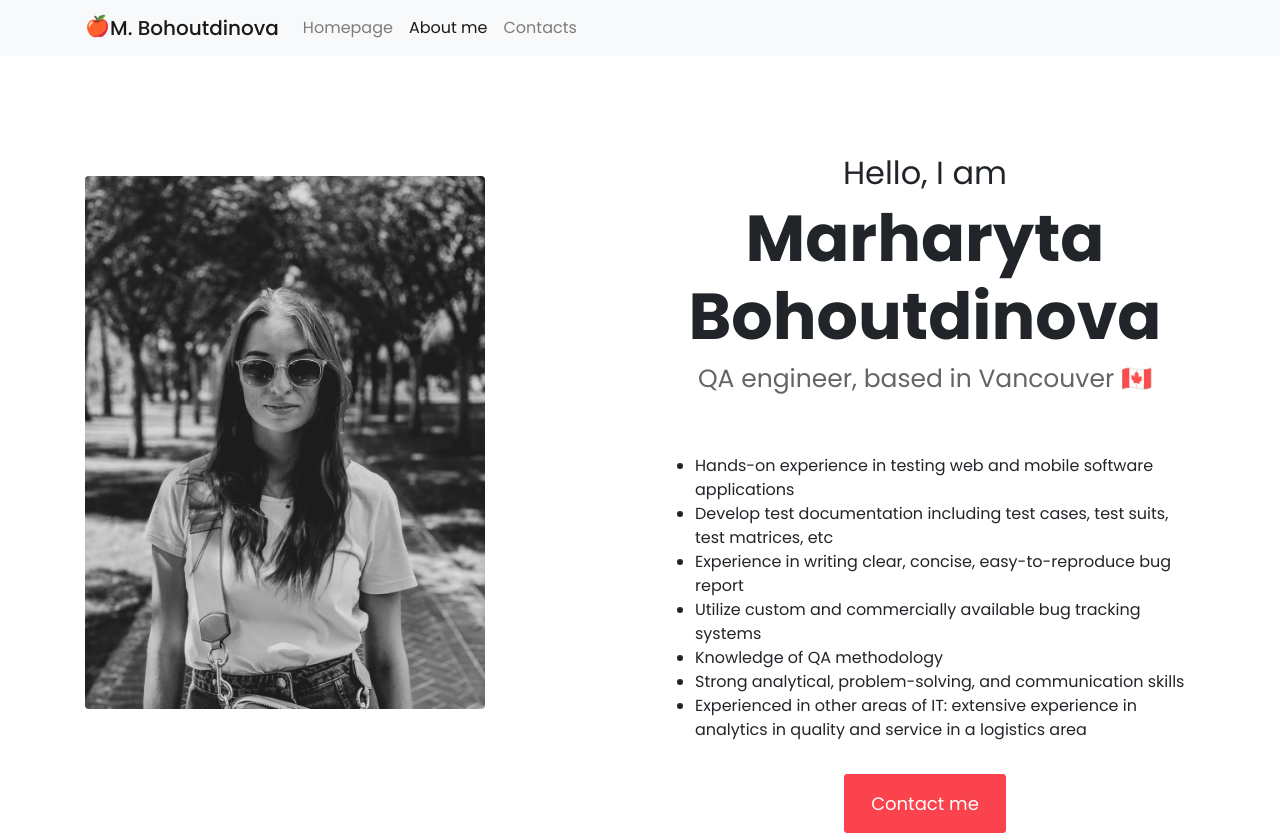
Repository: Bohoutdinova/Portfolio_week-4
Page: about.html
The author's editor kept a copy of each file at every save. The page is drawn from the files as they stood at one save, then again after the next save.
The browser window is 1280 px wide. The pictures show the whole page.

Above is the page before, as saved 2022-08-12 15:46:41.

### about.html
<!DOCTYPE html>
<html lang="en">
  <meta charset="UTF-8" />
  <meta http-equiv="X-UA-Compatible" content="IE=edge" />
  <meta name="viewport" content="width=device-width, initial-scale=1.0" />
  <title>M. Bohoutdinova - QA engineer</title>
  <meta
    name="description"
    content="About M. Bohoutdinova - QA engineer, situated in Vancouver"
  />
  <link
    rel="stylesheet"
    href="https://cdn.jsdelivr.net/npm/bootstrap@4.3.1/dist/css/bootstrap.min.css"
    integrity="sha384-ggOyR0iXCbMQv3Xipma34MD+dH/1fQ784/j6cY/iJTQUOhcWr7x9JvoRxT2MZw1T"
    crossorigin="anonymous"
  />
  <script
    src="https://code.jquery.com/jquery-3.3.1.slim.min.js"
    integrity="sha384-q8i/X+965DzO0rT7abK41JStQIAqVgRVzpbzo5smXKp4YfRvH+8abtTE1Pi6jizo"
    crossorigin="anonymous"
  ></script>
  <script
    src="https://cdn.jsdelivr.net/npm/popper.js@1.14.7/dist/umd/popper.min.js"
    integrity="sha384-UO2eT0CpHqdSJQ6hJty5KVphtPhzWj9WO1clHTMGa3JDZwrnQq4sF86dIHNDz0W1"
    crossorigin="anonymous"
  ></script>
  <script
    src="https://cdn.jsdelivr.net/npm/bootstrap@4.3.1/dist/js/bootstrap.min.js"
    integrity="sha384-JjSmVgyd0p3pXB1rRibZUAYoIIy6OrQ6VrjIEaFf/nJGzIxFDsf4x0xIM+B07jRM"
    crossorigin="anonymous"
  ></script>
  <link rel="stylesheet" href="/src/style.css" />
  <link rel="preconnect" href="https://fonts.googleapis.com" />
  <link rel="preconnect" href="https://fonts.gstatic.com" crossorigin />
  <link rel="preconnect" href="https://fonts.googleapis.com" />
  <link rel="preconnect" href="https://fonts.gstatic.com" crossorigin />
  <link
    href="https://fonts.googleapis.com/css2?family=Abril+Fatface&family=Poppins:wght@100;400;500;700&display=swap"
    rel="stylesheet"
  />
  <body>
    <nav class="navbar navbar-expand-lg navbar-light bg-light">
      <div class="container">
        <a class="navbar-brand" href="/index.html" title="Homepage"
          >M. Bohoutdinova</a
        >
        <button
          class="navbar-toggler"
          type="button"
          data-toggle="collapse"
          data-target="#navbarNav"
          aria-controls="navbarNav"
          aria-expanded="false"
          aria-label="Toggle navigation"
        >
          <span class="navbar-toggler-icon"></span>
        </button>
        <div class="collapse navbar-collapse" id="navbarNav">
          <ul class="navbar-nav">
            <li class="nav-item">
              <a class="nav-link" href="/index.html" title="Homepage"
                >Homepage <span class="sr-only">(current)</span></a
              >
            </li>
            <li class="nav-item active">
              <a
                class="nav-link"
                href="/about.html"
                title="About M. Bohoutdinova"
                >About me</a
              >
            </li>
            <li class="nav-item">
              <a class="nav-link" href="#" title="Contact with M. Bohoutdinova"
                >Contacts</a
              >
            </li>
          </ul>
        </div>
      </div>
    </nav>
    <div class="container mt-5">
      <div class="row">
        <div class="col-lg-6">
          <img
            src="/images/photo.jpg"
            alt="My photo"
            width="400"
            class="img-fluid rounded me-photo"
          />
        </div>
        <div class="col-lg-6 hero-page mt-5">
          <h2>Hello, I am</h2>
          <h1 class="name">Marharyta Bohoutdinova</h1>
          <h3>QA engineer, based in Vancouver 🇨🇦</h3>
          <ul class="about-description mb-5">
            <li>
              Hands-on experience in testing web and mobile software
              applications
            </li>
            <li>
              Develop test documentation including test cases, test suits, test
              matrices, etc
            </li>
            <li>
              Experience in writing clear, concise, easy-to-reproduce bug report
            </li>
            <li>
              Utilize custom and commercially available bug tracking systems
            </li>
            <li>Knowledge of QA methodology</li>
            <li>
              Strong analytical, problem-solving, and communication skills
            </li>
            <li>
              Experienced in other areas of IT: extensive experience in
              analytics in quality and service in a logistics area
            </li>
          </ul>
          <a href="#" class="contact-me rounded" title="Contact me"
            >Contact me</a
          >
        </div>
      </div>
    </div>
  </body>
</html>

### src/style.css
:root {
  --main-family-font: "Poppins", sans-serif;
  --main-color: #fa434c;
}
body {
  font-family: var(--main-family-font);
}

.navbar-brand {
  position: relative;
  padding-left: 25px;
  font-weight: 500;
}

.navbar-brand:before {
  position: absolute;
  content: "🍎";
  left: 0;
  top: 3px;
}

.navbar-brand:hover:before {
  content: "🍏";
}
.hero-page {
  text-align: center;
}

h2 {
  font-weight: 400;
}
h1 {
  font-weight: 700;
  font-size: 65px;
}
h3 {
  font-size: 25px;
  font-weight: 400;
  opacity: 70%;
}
.hero-page h3 {
  margin-bottom: 60px;
}
img {
  display: block;
  margin: 0 auto;
  text-align: center;
}
.col-sm-6 {
  padding: 0;
}
.contact-me {
  padding: 15px 25px;
  background-color: var(--main-color);
  color: white;
  font-size: 18px;
  border: 2px solid var(--main-color);
}
.contact-me:hover {
  color: var(--main-color);
  background-color: white;
  border-color: var(--main-color);
  text-decoration: none;
}
.about-app {
  text-align: center;
}
.app-name {
  font-size: 35px;
  font-weight: 700;
}
.app {
  background-color: rgb(255, 216, 216, 30%);
}
.app-description {
  padding: 15px 25px;
  margin: 30px;
  text-align: center;
}
.app-description-p {
  margin-top: 30px;
  margin-bottom: 50px;
}
.app-link {
  color: var(--main-color);
  padding: 15px 25px;
  font-size: 18px;
  border: 2px solid rgb(255, 216, 216);
}
.app-link:hover {
  text-decoration: none;
  color: black;
}
.row {
  margin-top: 50px;
}
.about-description {
  text-align: left;
}
@media (max-width: 900px) {
  h1 {
    font-size: 45px;
  }
  h3 {
    font-size: 20px;
  }
  .row {
    margin-top: 0;
  }
}
.me-photo {
  margin: 70px 0px;
}

After the next save:
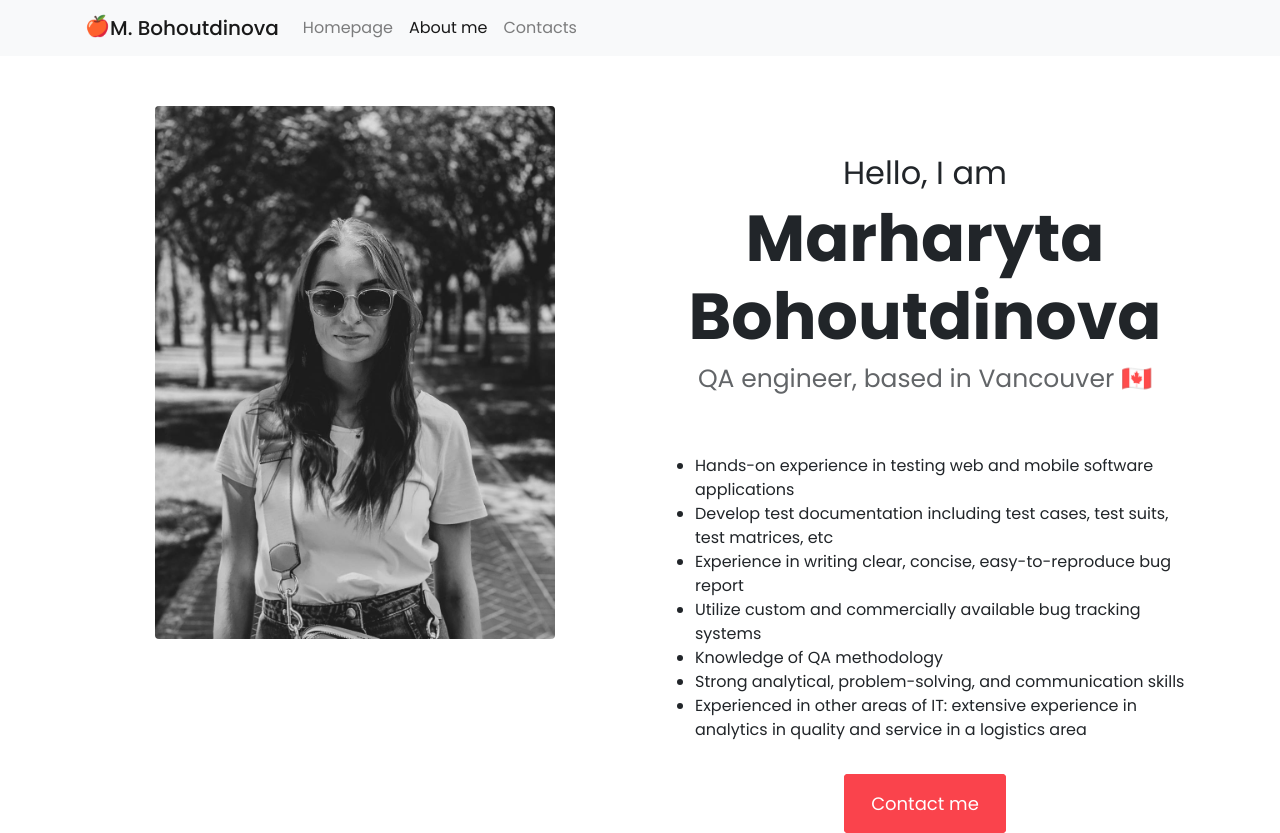
Saved 22 s later.
--- a/src/style.css
+++ b/src/style.css
@@ -108,6 +108,6 @@ img {
     margin-top: 0;
   }
 }
-.me-photo {
+/* .me-photo {
   margin: 70px 0px;
-}
+} */
